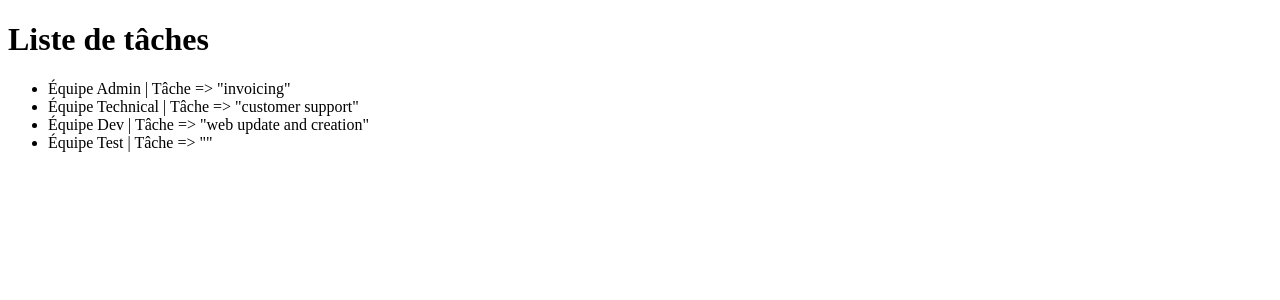
Repository: 0Memo/tasksHandler
Page: http://localhost/tasks
The author's editor kept a copy of each file at every save. The page is drawn from the files as they stood at one save, then again after a run of saves.
The browser window is 1280 px wide. The pictures show the whole page.
The page is served by the project's Laravel application, run on PHP 8.4 with Laravel 10. Other server files are loaded and not shown.

Above is the page before, as saved 2023-05-22 13:44:27.

### routes/web.php
<?php

use App\Http\Controllers\HomeController;
use App\Http\Controllers\TaskController;
use Illuminate\Support\Facades\Route;

/*
|--------------------------------------------------------------------------
| Web Routes
|--------------------------------------------------------------------------
|
| Here is where you can register web routes for your application. These
| routes are loaded by the RouteServiceProvider and all of them will
| be assigned to the "web" middleware group. Make something great!
|
*/

Route::get('/', [HomeController::class, 'index']);

Route::get('/tasks', [TaskController::class, 'list']);
Route::get('/task/{name?}', [TaskController::class, 'showTask']);

### app/Http/Controllers/TaskController.php
<?php

namespace App\Http\Controllers;

use Illuminate\Http\Request;

class TaskController extends Controller
{
    public function showTask(string $name = '')
    {
        $tasksList = [
            'admin' => [
                'team_name' => 'Admin',
                'task' => 'invoicing'
            ],
            'technical' => [
                'team_name' => 'Technical',
                'task' => 'customer support'
            ],
            'dev' => [
                'team_name' => 'Dev',
                'task' => 'web update and creation'
            ],
            'test' => [
                'team_name' => 'Test',
                'task' => ''
            ]
        ];

        if($name === '') {
            return 'Erreur: pas de tâche sélectionnée';
        }

        if(!isset($tasksList[$name])) {
            return 'Erreur: cette tâche n\'existe pas';
        }

        $task = $tasksList[$name];

        if(!$task['task']) {
            return 'Erreur: il n\'y a pas de tâche attribuée';
        }

        return view('task', [
            'task' => $task
        ]);
    }

    public function list()
    {
        $tasksList = [
            'admin' => [
                'team_name' => 'Admin',
                'task' => 'invoicing'
            ],
            'technical' => [
                'team_name' => 'Technical',
                'task' => 'customer support'
            ],
            'dev' => [
                'team_name' => 'Dev',
                'task' => 'web update and creation'
            ],
            'test' => [
                'team_name' => 'Test',
                'task' => ''
            ]
        ];

        return view('tasksList', [
            'tasks' => $tasksList
        ]);
    }
}

### resources/views/tasksList.blade.php
<!DOCTYPE html>
<html>
<head>
    <title>Liste de tâches par équipe</title>
</head>
<body>
    <h1>Liste de tâches</h1>
    <ul>
        @foreach($tasks as $task)
            <li>Équipe {{ $task['team_name'] }} | Tâche => "{{ $task['task'] }}"</li>
        @endforeach
    </ul>
</body>
</html>

Loaded but not shown: app/Http/Controllers/Controller.php (common file)

After the next 3 saves:
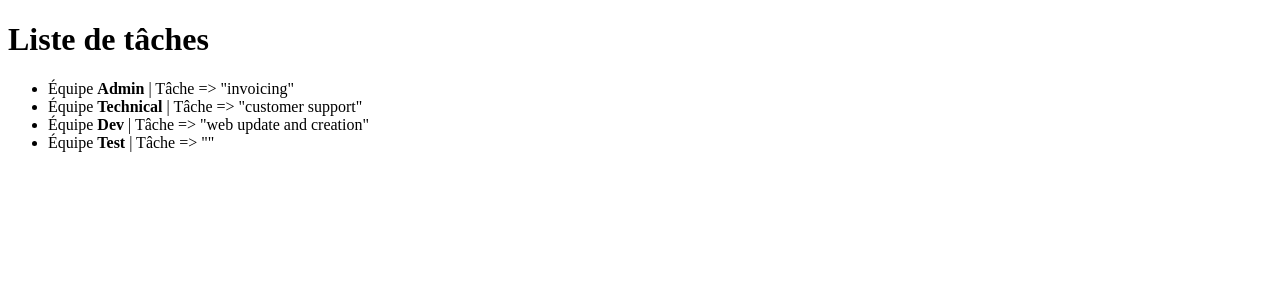
The 3 saves are shown as one change because they came seconds apart.
The last was saved 11 s later.
--- a/resources/views/tasksList.blade.php
+++ b/resources/views/tasksList.blade.php
@@ -7,7 +7,7 @@
     <h1>Liste de tâches</h1>
     <ul>
         @foreach($tasks as $task)
-            <li>Équipe {{ $task['team_name'] }} | Tâche => "{{ $task['task'] }}"</li>
+            <li>Équipe <strong>{{ $task['team_name'] }}</strong> | Tâche => "{{ $task['task'] }}"</li>
         @endforeach
     </ul>
 </body>
